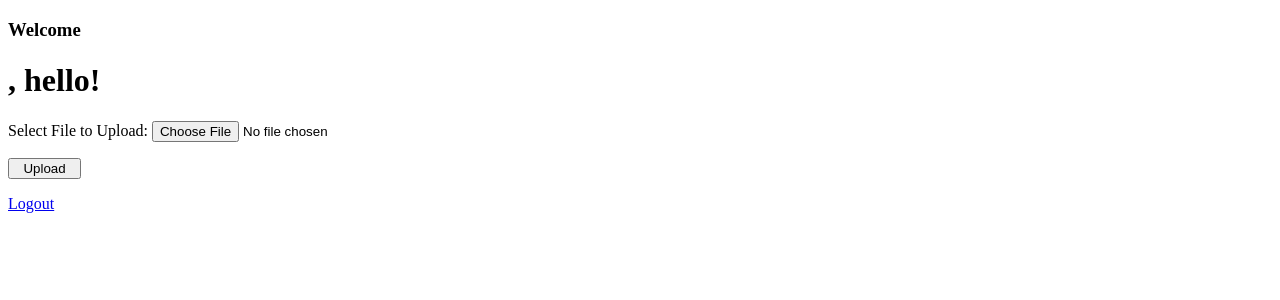
Repository: SvetlanaK367/TrainingJAVA
Page: http://localhost/FinalProject/jsp/main.jsp
An editor plug-in stored every save of this project. The page is shown before and after the next save, followed by the edit.
The browser window is 1280 px wide. The pictures show the whole page.
The page is served by Tomcat 9.

Above is the page before, as saved 2017-04-02 18:13:54.

After the next save:
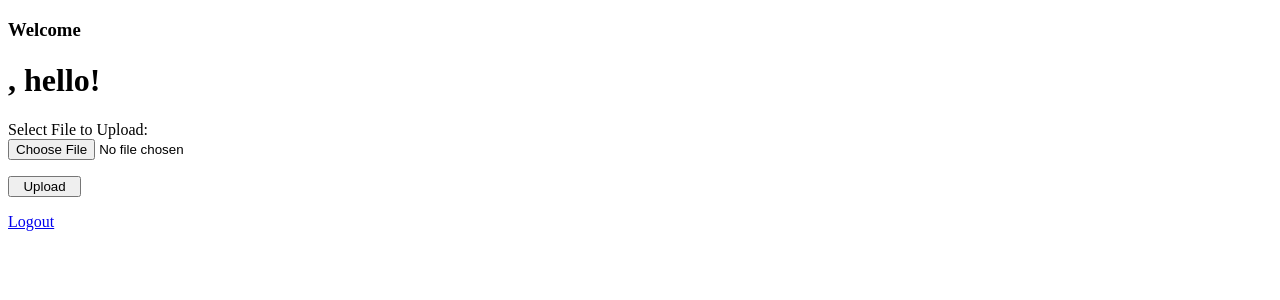
Saved 46 s later.
--- a/FinalProject/WebContent/jsp/main.jsp
+++ b/FinalProject/WebContent/jsp/main.jsp
@@ -12,7 +12,7 @@
 
 		<form action="Controller" method="post" enctype="multipart/form-data">
 			<input type="hidden" name="command" value="FileUpload2" />
-            Select File to Upload:
+            Select File to Upload:<br/>
             <input type="file" name="fileName" id="file" /> <br/>
             <p><input type="submit" value="  Upload  " name="upload" id="upload" /></p>
         </form>
